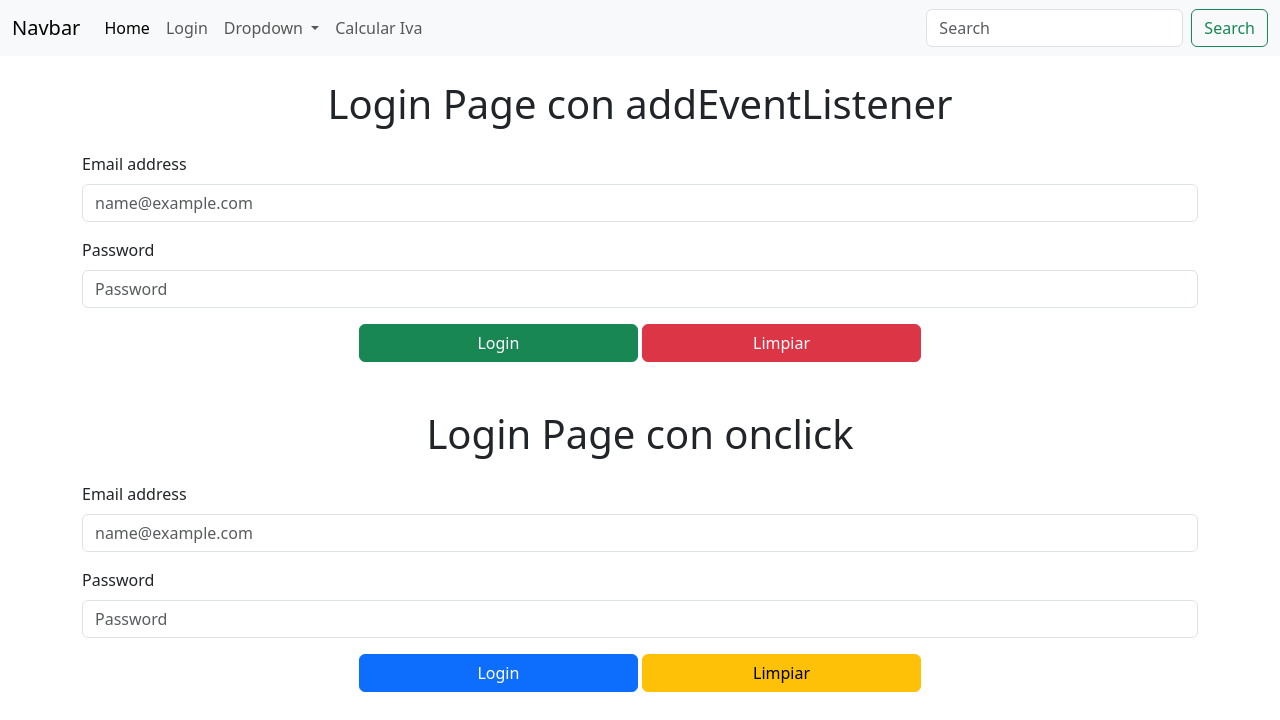
Repository: LadyJohana20/clases
Page: Clase-03-Bucles/pages/login.html
An editor plug-in stored every save of this project. The page is shown before and after the next save, followed by the edit.
The browser window is 1280 px wide. The pictures show the whole page.

Above is the page before, as saved 2026-01-21 19:22:18.

After the next save:
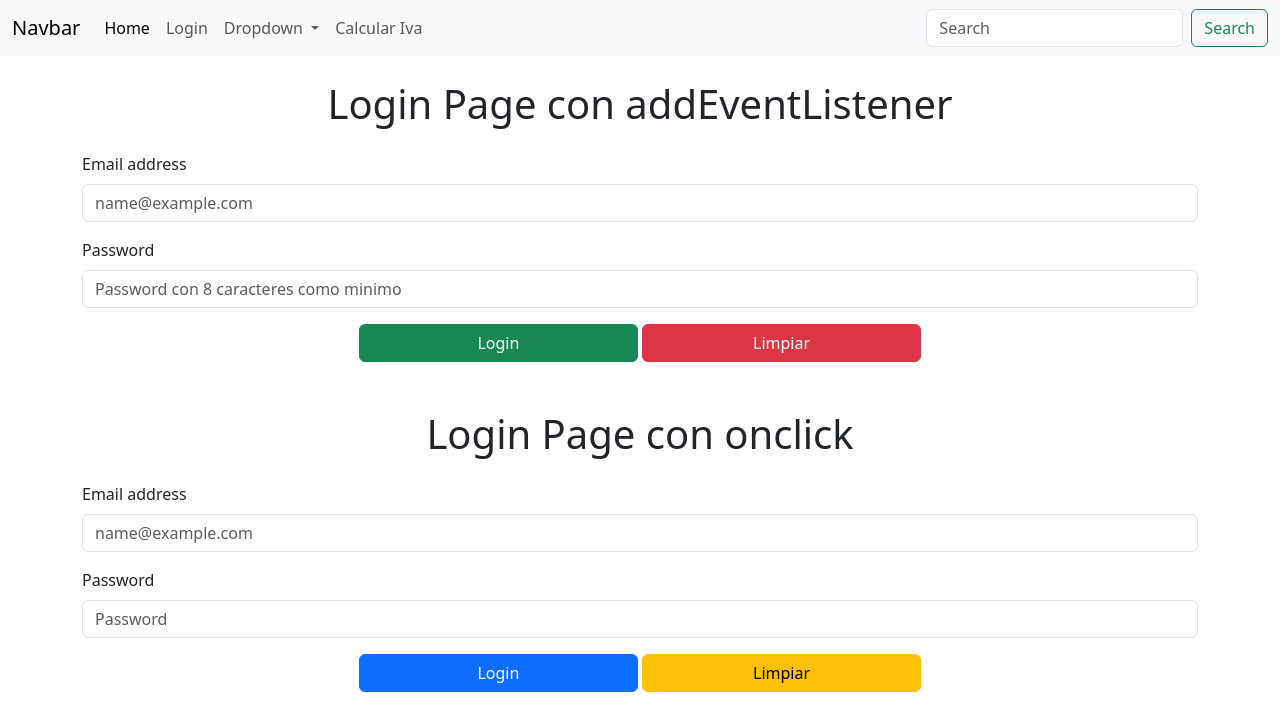
Saved 51 s later.
--- a/Clase-03-Bucles/pages/login.html
+++ b/Clase-03-Bucles/pages/login.html
@@ -59,7 +59,7 @@
   </div>
   <div class="mb-3">
     <label for="exampleFormControlTextarea1" class="form-label">Password</label>
-    <input type="password" class="form-control" id="password" placeholder="Password">
+    <input type="password" class="form-control" id="password" placeholder="Password con 8 caracteres como minimo" required>
   </div>
 
   <div class="text-center">
